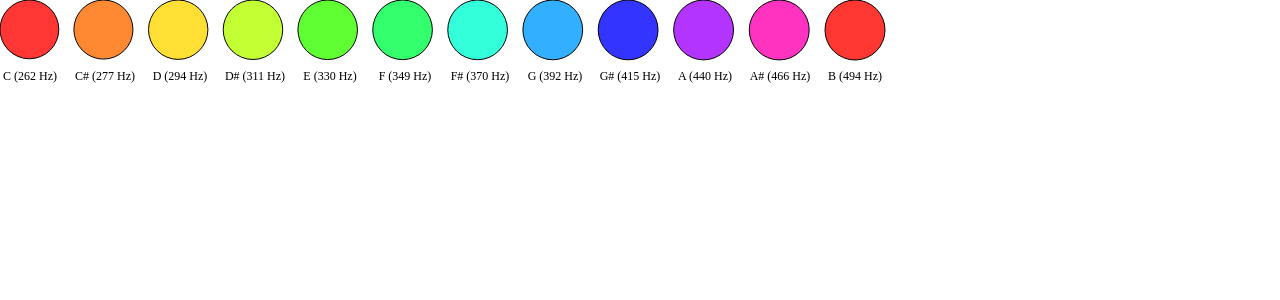
Repository: studiorichie/richielau.com
Page: assets/sound-to-color.html
These files come from the project's save history. The page is drawn as it stood at one moment and after the next save; the edit follows.
The browser window is 1280 px wide. The pictures show the whole page.

Above is the page before, as saved 2024-11-06 21:26:06.

### assets/sound-to-color.html
<!DOCTYPE html>
<html lang="en">

<head>
    <meta charset="UTF-8">
    <title>Sound-to-Color Mapping with MIDI</title>
    <script src="https://d3js.org/d3.v6.min.js"></script>
    <style>
        body,
        html {
            margin: 0;
            padding: 0;
            overflow: hidden;
        }

        .svg-container {
            display: flex;
            justify-content: flex-start;
            align-items: center;
            width: 100%;
            overflow: hidden;
        }

        .key-circle {
            fill-opacity: 0.8;
            stroke: black;
            stroke-width: 1px;
            cursor: pointer;
            outline: none;
            -webkit-tap-highlight-color: transparent;
            transition: transform 0.2s, filter 0.2s, fill-opacity 0.2s;
        }

        .key-circle[data-note="C"] {
            transform: scale(0.98);
        }

        .key-circle[data-note="C#"] {
            transform: scale(0.985);
        }

        .key-circle[data-note="D"] {
            transform: scale(0.99);
        }

        .key-circle[data-note="D#"] {
            transform: scale(0.992);
        }

        .key-circle[data-note="E"] {
            transform: scale(0.993);
        }

        .key-circle[data-note="F"] {
            transform: scale(0.994);
        }

        .key-circle[data-note="F#"] {
            transform: scale(0.995);
        }

        .key-circle[data-note="G"] {
            transform: scale(0.996);
        }

        .key-circle[data-note="G#"] {
            transform: scale(0.997);
        }

        .key-circle[data-note="A"] {
            transform: scale(0.998);
        }

        .key-circle[data-note="A#"] {
            transform: scale(0.999);
        }

        /* Continue this slight scaling variation up to B */
        .key-circle[data-note="B"] {
            transform: scale(1.00);
        }



        .key-circle:hover {
            fill-opacity: 1;
            filter: brightness(1.2);
        }

        .key-circle:active {
            transform: scale(0.995);
            filter: brightness(0.8);
        }

        .label {
            font-size: 12px;
            text-anchor: middle;
        }

        .midi-label {
            font-size: 14px;
            font-weight: bold;
            text-anchor: middle;
            fill: black;
            visibility: hidden;
        }
    </style>
</head>

<body>
    <div class="svg-container">
        <svg width="950" height="600" id="chart"></svg>
    </div>
    <script>
        const keys = [
            { note: "C", freq: 261.63, midi: 60 },
            { note: "C#", freq: 277.18, midi: 61 },
            { note: "D", freq: 293.66, midi: 62 },
            { note: "D#", freq: 311.13, midi: 63 },
            { note: "E", freq: 329.63, midi: 64 },
            { note: "F", freq: 349.23, midi: 65 },
            { note: "F#", freq: 369.99, midi: 66 },
            { note: "G", freq: 392.00, midi: 67 },
            { note: "G#", freq: 415.30, midi: 68 },
            { note: "A", freq: 440.00, midi: 69 },
            { note: "A#", freq: 466.16, midi: 70 },
            { note: "B", freq: 493.88, midi: 71 }
        ];

        function getColor(freq) {
            let hue = ((freq - 261) / (493 - 261)) * 360;
            return `hsl(${hue}, 100%, 50%)`;
        }

        const svg = d3.select("#chart");
        const circleRadius = 30;
        const padding = 15;

        // Create the group for circles and labels
        const group = svg.append("g");


            group.selectAll("circle")
            .data(keys)
            .enter()
            .append("circle")
            .attr("class", "key-circle")
            .attr("r", circleRadius)
            .attr("fill", d => getColor(d.freq))
            .attr("data-note", d => d.note)
            .on("click", function (event, d) {
                showMidiLabel(d);
                playMidiTone(d.midi);
                shakeElement(d3.select(this)); // Apply shake effect
            });


        group.selectAll(".label")
            .data(keys)
            .enter()
            .append("text")
            .attr("class", "label")
            .text(d => `${d.note} (${Math.round(d.freq)} Hz)`)
            .attr("fill", "black");

        const midiLabel = svg.append("text")
            .attr("class", "midi-label");

        function showMidiLabel(data) {
            midiLabel.text(`MIDI: ${data.midi} - ${data.note}`)
                .attr("x", svg.attr("width") / 2)
                .attr("y", svg.attr("height") - 50)
                .attr("visibility", "visible");

            setTimeout(() => {
                midiLabel.attr("visibility", "hidden");
            }, 2000);
        }

        function shakeElement(element) {
            const originalTransform = element.attr("transform") || ""; // Get existing transform or set to empty
            let shakeCount = 1; // Start from 0 shakes
            const maxShakes = 20; // Number of shakes

            const interval = setInterval(() => {
                const randomX = (Math.random() - 100.5) * 1000; // Random jitter, increased range for visibility
                const randomY = (Math.random() - 100.5) * 10000;
                element.attr("transform", `${originalTransform} translate(${randomX}, ${randomY})`);

                shakeCount++;
                if (shakeCount >= maxShakes) { // Stop after reaching max shakes
                    clearInterval(interval);
                    element.attr("transform", originalTransform); // Reset to original position
                }
            }, .1); // Delay between each shake, can be reduced to increase speed
        }


        function playMidiTone(midi) {
            const context = new (window.AudioContext || window.webkitAudioContext)();
            const oscillator = context.createOscillator();
            const gainNode = context.createGain();
            oscillator.type = 'sine';
            oscillator.frequency.setValueAtTime(440 * Math.pow(2, (midi - 69) / 12), context.currentTime);
            gainNode.gain.setValueAtTime(0.1, context.currentTime);
            oscillator.connect(gainNode).connect(context.destination);
            oscillator.start();
            oscillator.stop(context.currentTime + 0.5);
        }







        function adjustCircleLayout() {
            const svgWidth = document.getElementById("chart").clientWidth;
            const circlesPerRow = Math.max(1, Math.floor(svgWidth / (circleRadius * 2 + padding)));

            d3.select("#chart")
                .selectAll("circle")
                .attr("cx", (d, i) => (i % circlesPerRow) * (circleRadius * 2 + padding) + circleRadius)
                .attr("cy", (d, i) => Math.floor(i / circlesPerRow) * (circleRadius * 2 + padding) + circleRadius);

            d3.select("#chart")
                .selectAll(".label")
                .attr("x", (d, i) => (i % circlesPerRow) * (circleRadius * 2 + padding) + circleRadius)
                .attr("y", (d, i) => Math.floor(i / circlesPerRow) * (circleRadius * 2 + padding) + circleRadius + 50);
        }

        adjustCircleLayout();
        window.addEventListener("resize", adjustCircleLayout);
    </script>
</body>

</html>

After the next save:
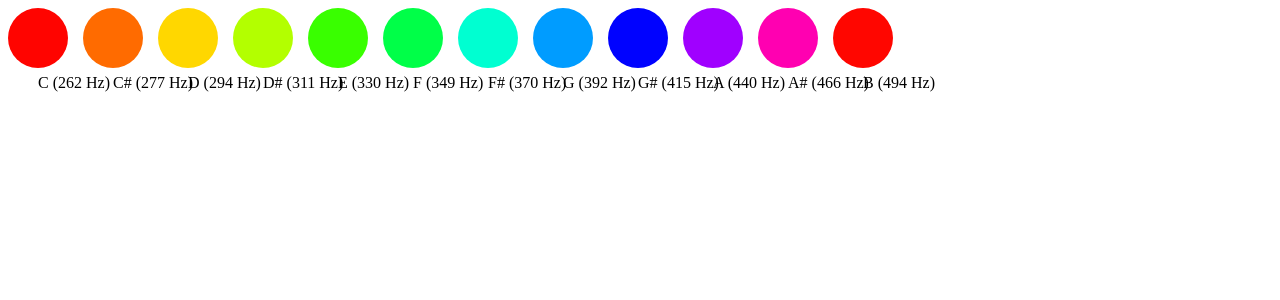
Saved 30 s later.
--- a/assets/sound-to-color.html
+++ b/assets/sound-to-color.html
@@ -6,104 +6,7 @@
     <title>Sound-to-Color Mapping with MIDI</title>
     <script src="https://d3js.org/d3.v6.min.js"></script>
     <style>
-        body,
-        html {
-            margin: 0;
-            padding: 0;
-            overflow: hidden;
-        }
 
-        .svg-container {
-            display: flex;
-            justify-content: flex-start;
-            align-items: center;
-            width: 100%;
-            overflow: hidden;
-        }
-
-        .key-circle {
-            fill-opacity: 0.8;
-            stroke: black;
-            stroke-width: 1px;
-            cursor: pointer;
-            outline: none;
-            -webkit-tap-highlight-color: transparent;
-            transition: transform 0.2s, filter 0.2s, fill-opacity 0.2s;
-        }
-
-        .key-circle[data-note="C"] {
-            transform: scale(0.98);
-        }
-
-        .key-circle[data-note="C#"] {
-            transform: scale(0.985);
-        }
-
-        .key-circle[data-note="D"] {
-            transform: scale(0.99);
-        }
-
-        .key-circle[data-note="D#"] {
-            transform: scale(0.992);
-        }
-
-        .key-circle[data-note="E"] {
-            transform: scale(0.993);
-        }
-
-        .key-circle[data-note="F"] {
-            transform: scale(0.994);
-        }
-
-        .key-circle[data-note="F#"] {
-            transform: scale(0.995);
-        }
-
-        .key-circle[data-note="G"] {
-            transform: scale(0.996);
-        }
-
-        .key-circle[data-note="G#"] {
-            transform: scale(0.997);
-        }
-
-        .key-circle[data-note="A"] {
-            transform: scale(0.998);
-        }
-
-        .key-circle[data-note="A#"] {
-            transform: scale(0.999);
-        }
-
-        /* Continue this slight scaling variation up to B */
-        .key-circle[data-note="B"] {
-            transform: scale(1.00);
-        }
-
-
-
-        .key-circle:hover {
-            fill-opacity: 1;
-            filter: brightness(1.2);
-        }
-
-        .key-circle:active {
-            transform: scale(0.995);
-            filter: brightness(0.8);
-        }
-
-        .label {
-            font-size: 12px;
-            text-anchor: middle;
-        }
-
-        .midi-label {
-            font-size: 14px;
-            font-weight: bold;
-            text-anchor: middle;
-            fill: black;
-            visibility: hidden;
-        }
     </style>
 </head>
 

After the save that followed:
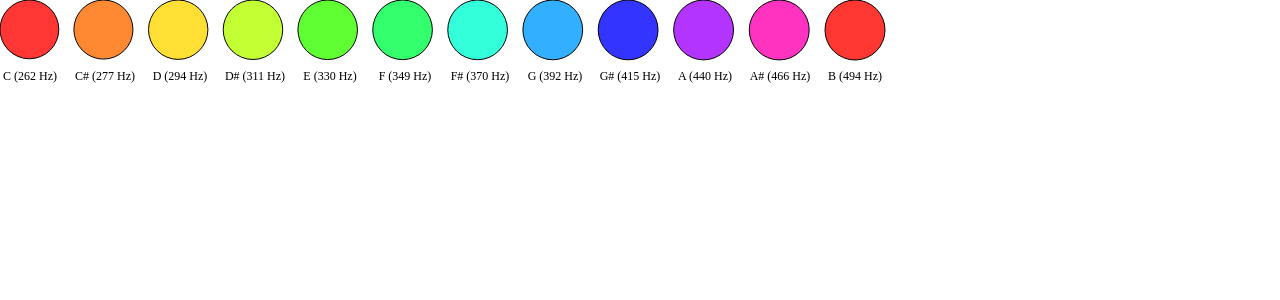
Saved 37 s later.
--- a/assets/sound-to-color.html
+++ b/assets/sound-to-color.html
@@ -6,6 +6,97 @@
     <title>Sound-to-Color Mapping with MIDI</title>
     <script src="https://d3js.org/d3.v6.min.js"></script>
     <style>
+        body,
+        html {
+            margin: 0;
+            padding: 0;
+            overflow: hidden;
+        }
+
+        .svg-container {
+            display: flex;
+            justify-content: flex-start;
+            align-items: center;
+            width: 100%;
+            overflow: hidden;
+        }
+
+        .key-circle {
+            fill-opacity: 0.8;
+            stroke: black;
+            stroke-width: 1px;
+            cursor: pointer;
+            outline: none;
+            -webkit-tap-highlight-color: transparent;
+            transition: transform 0.2s, filter 0.2s, fill-opacity 0.2s;
+        }
+
+        .key-circle[data-note="C"] {
+            transform: scale(0.98);
+        }
+
+        .key-circle[data-note="C#"] {
+            transform: scale(0.985);
+        }
+
+        .key-circle[data-note="D"] {
+            transform: scale(0.99);
+        }
+
+        .key-circle[data-note="D#"] {
+            transform: scale(0.992);
+        }
+
+        .key-circle[data-note="E"] {
+            transform: scale(0.993);
+        }
+
+        .key-circle[data-note="F"] {
+            transform: scale(0.994);
+        }
+
+        .key-circle[data-note="F#"] {
+            transform: scale(0.995);
+        }
+
+        .key-circle[data-note="G"] {
+            transform: scale(0.996);
+        }
+
+        .key-circle[data-note="G#"] {
+            transform: scale(0.997);
+        }
+
+        .key-circle[data-note="A"] {
+            transform: scale(0.998);
+        }
+
+        .key-circle[data-note="A#"] {
+            transform: scale(0.999);
+        }
+
+        /* Continue this slight scaling variation up to B */
+        .key-circle[data-note="B"] {
+            transform: scale(1.00);
+        }
+
+
+
+        .key-circle:hover {
+            fill-opacity: 1;
+            filter: brightness(1.2);
+        }
+
+        .key-circle:active {
+            transform: scale(0.995);
+            filter: brightness(0.8);
+        }
+
+        .label {
+            font-size: 12px;
+            text-anchor: middle;
+        }
+
 
     </style>
 </head>
